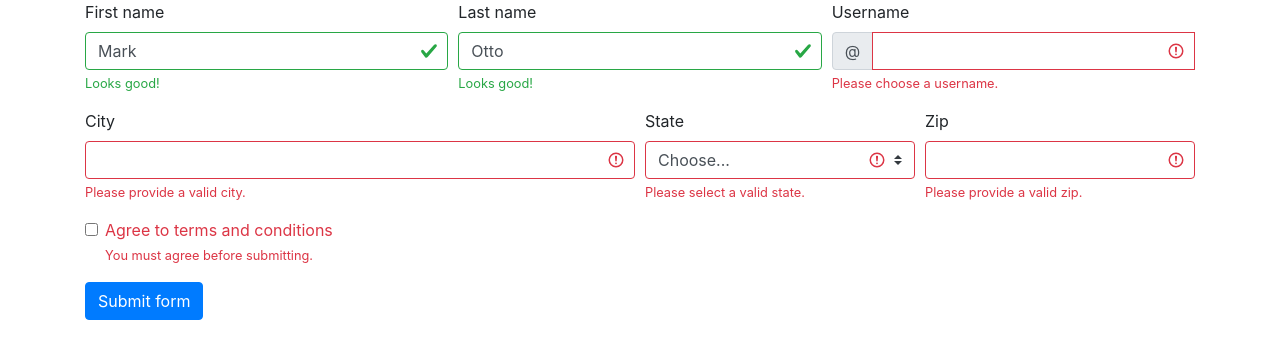
Repository: Jassan851031/foreachTask
Page: /
The author's editor kept a copy of each file at every save. The page is drawn from the files as they stood at one save, then again after the next save.
The browser window is 1280 px wide. The page is 1280 px wide, then 1285 px, so the pictures cover 1285 px, including what lies to the right of the window. The pictures show the whole page.
The project was rebuilt for these pictures with package versions that can differ from the ones it lists, and the page was loaded fresh each time. Also part of the build but not shown: src/App.css.

Above is the page before, as saved 2020-03-23 14:43:36.

After the next save:
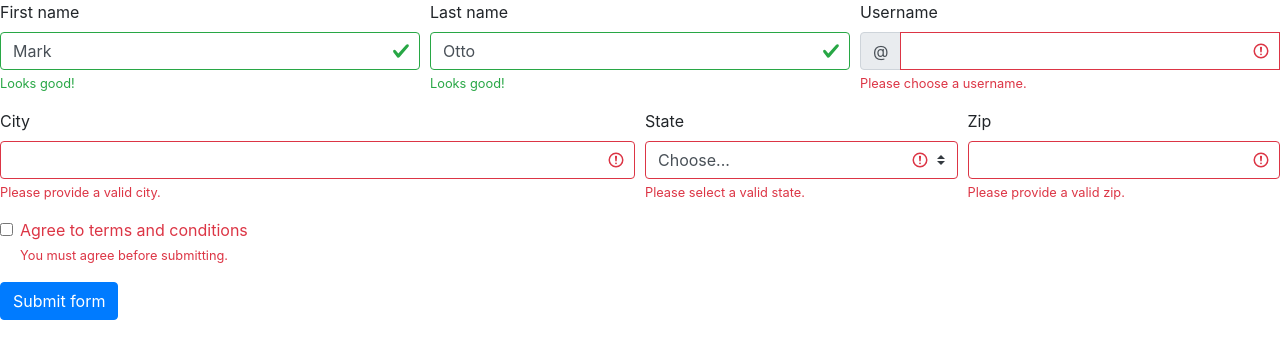
Saved 62 s later.
--- a/src/App.js
+++ b/src/App.js
@@ -3,74 +3,74 @@ import './App.css';
 
 function App() {
   return (
-    <div className="container">
+    <div classNameName="container">
       <form>
-        <div class="form-row">
-          <div class="col-md-4 mb-3">
+        <div className="form-row">
+          <div className="col-md-4 mb-3">
             <label for="validationServer01">First name</label>
-            <input type="text" class="form-control is-valid" id="validationServer01" value="Mark" required />
-            <div class="valid-feedback">
+            <input type="text" className="form-control is-valid" id="validationServer01" value="Mark" required />
+            <div className="valid-feedback">
               Looks good!
       </div>
           </div>
-          <div class="col-md-4 mb-3">
+          <div className="col-md-4 mb-3">
             <label for="validationServer02">Last name</label>
-            <input type="text" class="form-control is-valid" id="validationServer02" value="Otto" required />
-            <div class="valid-feedback">
+            <input type="text" className="form-control is-valid" id="validationServer02" value="Otto" required />
+            <div className="valid-feedback">
               Looks good!
       </div>
           </div>
-          <div class="col-md-4 mb-3">
+          <div className="col-md-4 mb-3">
             <label for="validationServerUsername">Username</label>
-            <div class="input-group">
-              <div class="input-group-prepend">
-                <span class="input-group-text" id="inputGroupPrepend3">@</span>
+            <div className="input-group">
+              <div className="input-group-prepend">
+                <span className="input-group-text" id="inputGroupPrepend3">@</span>
               </div>
-              <input type="text" class="form-control is-invalid" id="validationServerUsername" aria-describedby="inputGroupPrepend3" required />
-              <div class="invalid-feedback">
+              <input type="text" className="form-control is-invalid" id="validationServerUsername" aria-describedby="inputGroupPrepend3" required />
+              <div className="invalid-feedback">
                 Please choose a username.
         </div>
             </div>
           </div>
         </div>
-        <div class="form-row">
-          <div class="col-md-6 mb-3">
+        <div className="form-row">
+          <div className="col-md-6 mb-3">
             <label for="validationServer03">City</label>
-            <input type="text" class="form-control is-invalid" id="validationServer03" required />
-            <div class="invalid-feedback">
+            <input type="text" className="form-control is-invalid" id="validationServer03" required />
+            <div className="invalid-feedback">
               Please provide a valid city.
       </div>
           </div>
-          <div class="col-md-3 mb-3">
+          <div className="col-md-3 mb-3">
             <label for="validationServer04">State</label>
-            <select class="custom-select is-invalid" id="validationServer04" required>
+            <select className="custom-select is-invalid" id="validationServer04" required>
               <option selected disabled value="">Choose...</option>
               <option>...</option>
             </select>
-            <div class="invalid-feedback">
+            <div className="invalid-feedback">
               Please select a valid state.
       </div>
           </div>
-          <div class="col-md-3 mb-3">
+          <div className="col-md-3 mb-3">
             <label for="validationServer05">Zip</label>
-            <input type="text" class="form-control is-invalid" id="validationServer05" required />
-            <div class="invalid-feedback">
+            <input type="text" className="form-control is-invalid" id="validationServer05" required />
+            <div className="invalid-feedback">
               Please provide a valid zip.
       </div>
           </div>
         </div>
-        <div class="form-group">
-          <div class="form-check">
-            <input class="form-check-input is-invalid" type="checkbox" value="" id="invalidCheck3" required />
-            <label class="form-check-label" for="invalidCheck3">
+        <div className="form-group">
+          <div className="form-check">
+            <input className="form-check-input is-invalid" type="checkbox" value="" id="invalidCheck3" required />
+            <label className="form-check-label" for="invalidCheck3">
               Agree to terms and conditions
       </label>
-            <div class="invalid-feedback">
+            <div className="invalid-feedback">
               You must agree before submitting.
       </div>
           </div>
         </div>
-        <button class="btn btn-primary" type="submit">Submit form</button>
+        <button className="btn btn-primary" type="submit">Submit form</button>
       </form>
     </div>
   );
